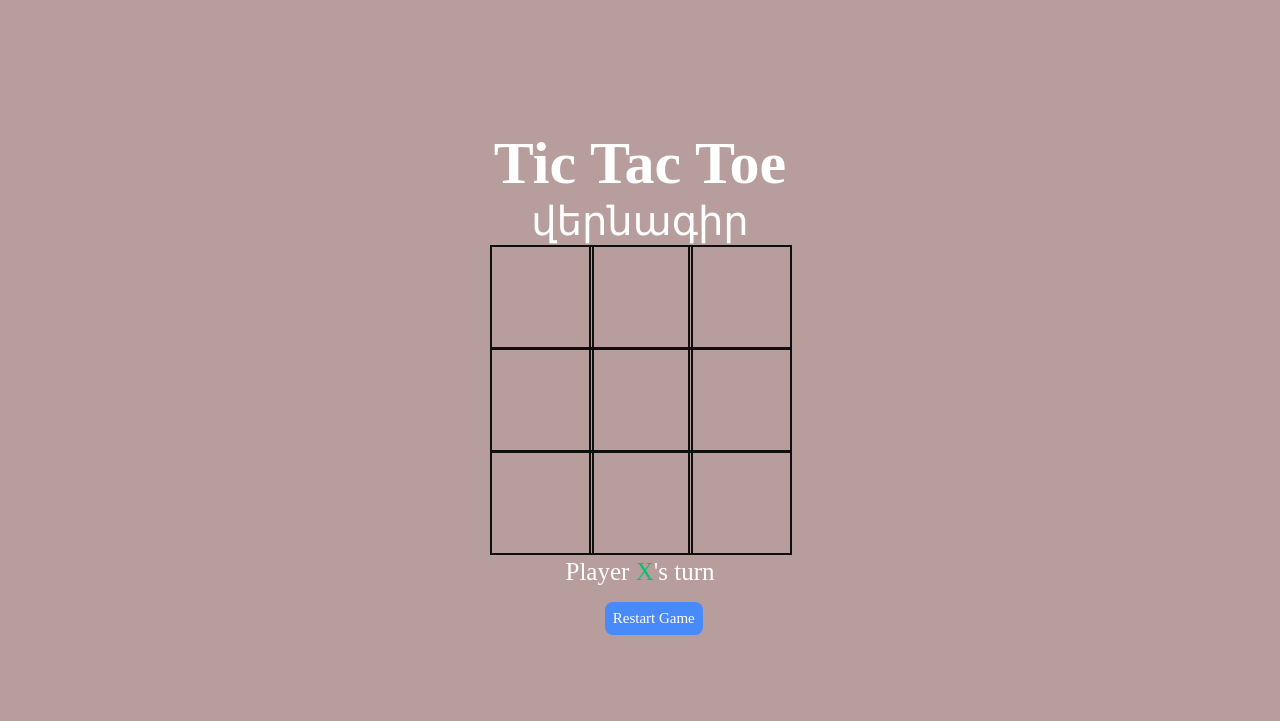
Repository: sedashahnazaryan/tic-tac-too
Page: index.html
An editor plug-in stored every save of this project. The page is shown before and after the next save, followed by the edit.
The browser window is 1280 px wide. The pictures show the whole page.

Above is the page before, as saved 2022-02-01 01:31:49.

After the next save:
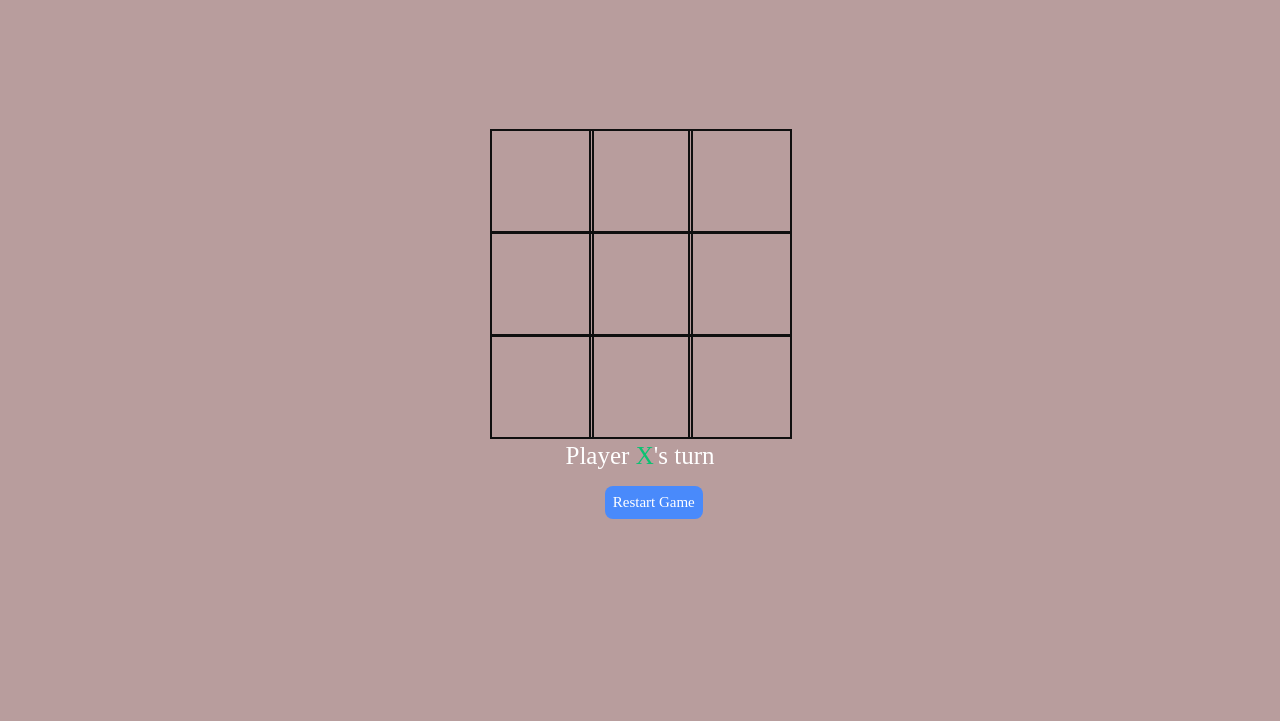
Saved 11 s later.
--- a/index.html
+++ b/index.html
@@ -9,7 +9,7 @@
   </head>
   <main class="background">
     <section class="title">
-        <h1>Tic Tac Toe</h1> վերնագիր
+        <!-- <h1>Tic Tac Toe</h1> վերնագիր -->
     </section>
 
     <section class="container">

After the save that followed:
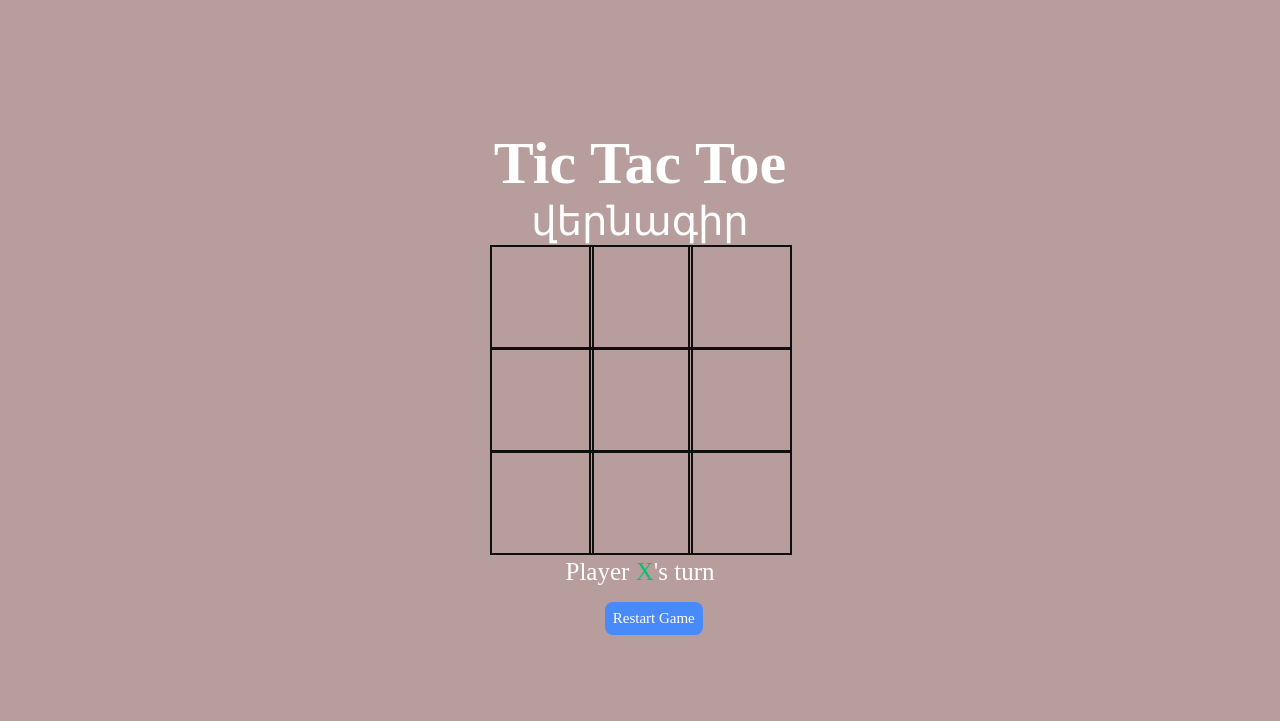
Saved 4 s later.
--- a/index.html
+++ b/index.html
@@ -9,7 +9,7 @@
   </head>
   <main class="background">
     <section class="title">
-        <!-- <h1>Tic Tac Toe</h1> վերնագիր -->
+        <h1>Tic Tac Toe</h1> վերնագիր
     </section>
 
     <section class="container">
